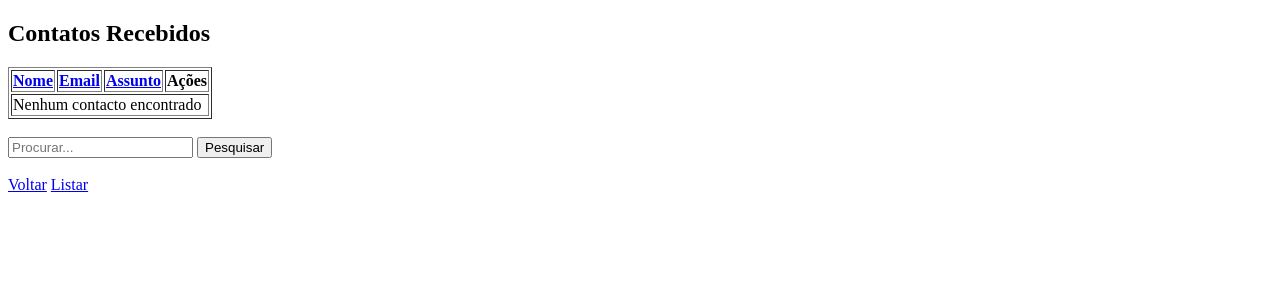
Repository: Sofiampsantos/Portal-de-Jornalismo-Escolar
Page: http://localhost/FormularioContacto/ListarContatosServlet?ordem=nome
An editor plug-in stored every save of this project. The page is shown before and after the next save, followed by the edit.
The browser window is 1280 px wide. The pictures show the whole page.
The page is served by Tomcat 10. Other server files are loaded and not shown. Queries for data that is not in the repository find no rows.

Above is the page before, as saved 2026-05-23 17:41:23.

### ProjetoProgV2/FormularioContacto/src/main/webapp/listar.jsp
<%@ page language="java" contentType="text/html; charset=UTF-8"
    pageEncoding="UTF-8"%>
<%@ page import="java.util.List"%>

<!DOCTYPE html>
<html>
<head>
<meta charset="UTF-8">
<title>Lista de Contatos</title>
</head>
<body>

<h2>Contatos Recebidos</h2>

<table border="1">

<tr>
    <th><a href="ListarContatosServlet?ordem=nome">Nome</a></th>
    <th><a href="ListarContatosServlet?ordem=email">Email</a></th>
    <th><a href="ListarContatosServlet?ordem=assunto">Assunto</a></th>
    <th>Ações</th>
</tr>

<%
List<String[]> contatos = (List<String[]>) request.getAttribute("contatos");

if (contatos != null && !contatos.isEmpty()) {

    for (String[] c : contatos) {
%>

<tr>
    <td><%= c[1] %></td>
    <td><%= c[2] %></td>
    <td><%= c[3] %></td>
    <td>
        <a href="EditarContatoServlet?id=<%= c[0] %>">Editar</a>

        <a href="ApagarContatoServlet?id=<%= c[0] %>">Apagar</a>
    </td>
</tr>

<%
    }

} else {
%>

<tr>
    <td colspan="4">Nenhum contacto encontrado</td>
</tr>

<%
}
%>

</table>

<br>

<form action="ProcurarContatoServlet" method="get">
    <input type="text" name="busca" placeholder="Procurar...">
    <button type="submit">Pesquisar</button>
</form>

<br>

<a href="contato.jsp">Voltar</a>
<a href="ListarContatosServlet">Listar</a>

</body>
</html>

### ProjetoProgV2/FormularioContacto/src/main/java/br/com/formulario/ListarContatosServlet.java
package br.com.formulario;

import java.io.IOException;
import java.sql.Connection;
import java.sql.DriverManager;
import java.sql.ResultSet;
import java.sql.Statement;
import java.util.ArrayList;
import java.util.List;

import jakarta.servlet.ServletException;
import jakarta.servlet.annotation.WebServlet;
import jakarta.servlet.http.HttpServlet;
import jakarta.servlet.http.HttpServletRequest;
import jakarta.servlet.http.HttpServletResponse;

@WebServlet("/ListarContatosServlet")
public class ListarContatosServlet extends HttpServlet {

	private static final long serialVersionUID = 1L;

	protected void doGet(HttpServletRequest request, HttpServletResponse response)
			throws ServletException, IOException {

		List<String[]> contatos = new ArrayList<>();
		String ordenarPor = request.getParameter("ordem");

		if (ordenarPor == null ||
				(!ordenarPor.equals("nome") &&
				 !ordenarPor.equals("email") &&
				 !ordenarPor.equals("assunto"))) {
			ordenarPor = "nome";
		}

		Connection conn = null;
		Statement stmt = null;
		ResultSet rs = null;

		try {

			Class.forName("com.mysql.cj.jdbc.Driver");


			String url = "jdbc:mysql://localhost:3306/Clube_db";
			conn = DriverManager.getConnection(url, "root", "");

			stmt = conn.createStatement();


			String sql = "SELECT id, nome, email, assunto, mensagem FROM contatos ORDER BY " + ordenarPor + " ASC";
			rs = stmt.executeQuery(sql);

			while (rs.next()) {
				contatos.add(new String[]{
					rs.getString("id"),
					rs.getString("nome"),
					rs.getString("email"),
					rs.getString("assunto"),
					rs.getString("mensagem")
				});
			}

		} catch (Exception e) {
			e.printStackTrace();
		} finally {

			try { if (rs != null) rs.close(); } catch (Exception e) {}
			try { if (stmt != null) stmt.close(); } catch (Exception e) {}
			try { if (conn != null) conn.close(); } catch (Exception e) {}
		}


		request.setAttribute("contatos", contatos);
		request.getRequestDispatcher("listar.jsp").forward(request, response);
	}
}

After the next save:
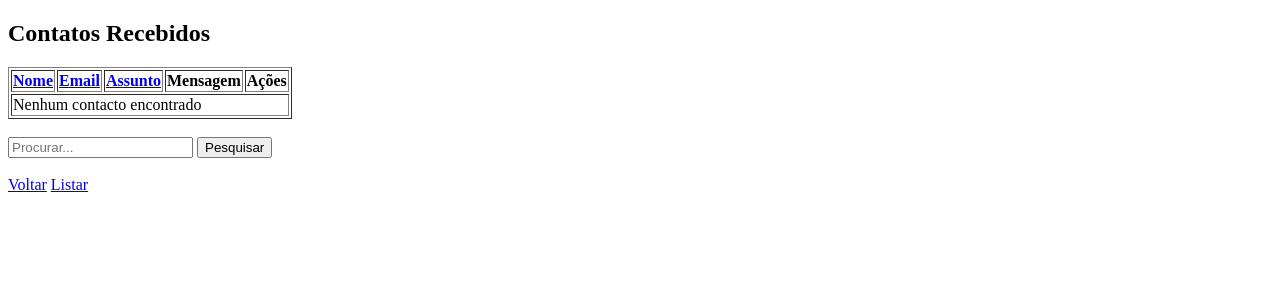
Saved 5 min 42 s later.
--- a/ProjetoProgV2/FormularioContacto/src/main/webapp/listar.jsp
+++ b/ProjetoProgV2/FormularioContacto/src/main/webapp/listar.jsp
@@ -18,7 +18,7 @@
     <th><a href="ListarContatosServlet?ordem=nome">Nome</a></th>
     <th><a href="ListarContatosServlet?ordem=email">Email</a></th>
     <th><a href="ListarContatosServlet?ordem=assunto">Assunto</a></th>
-    <th>Ações</th>
+    <th>Mensagem</th> <th>Ações</th>
 </tr>
 
 <%
@@ -33,7 +33,7 @@ if (contatos != null && !contatos.isEmpty()) {
     <td><%= c[1] %></td>
     <td><%= c[2] %></td>
     <td><%= c[3] %></td>
-    <td>
+    <td><%= c[4] %></td> <td>
         <a href="EditarContatoServlet?id=<%= c[0] %>">Editar</a>
 
         <a href="ApagarContatoServlet?id=<%= c[0] %>">Apagar</a>
@@ -47,8 +47,7 @@ if (contatos != null && !contatos.isEmpty()) {
 %>
 
 <tr>
-    <td colspan="4">Nenhum contacto encontrado</td>
-</tr>
+    <td colspan="5">Nenhum contacto encontrado</td> </tr>
 
 <%
 }
